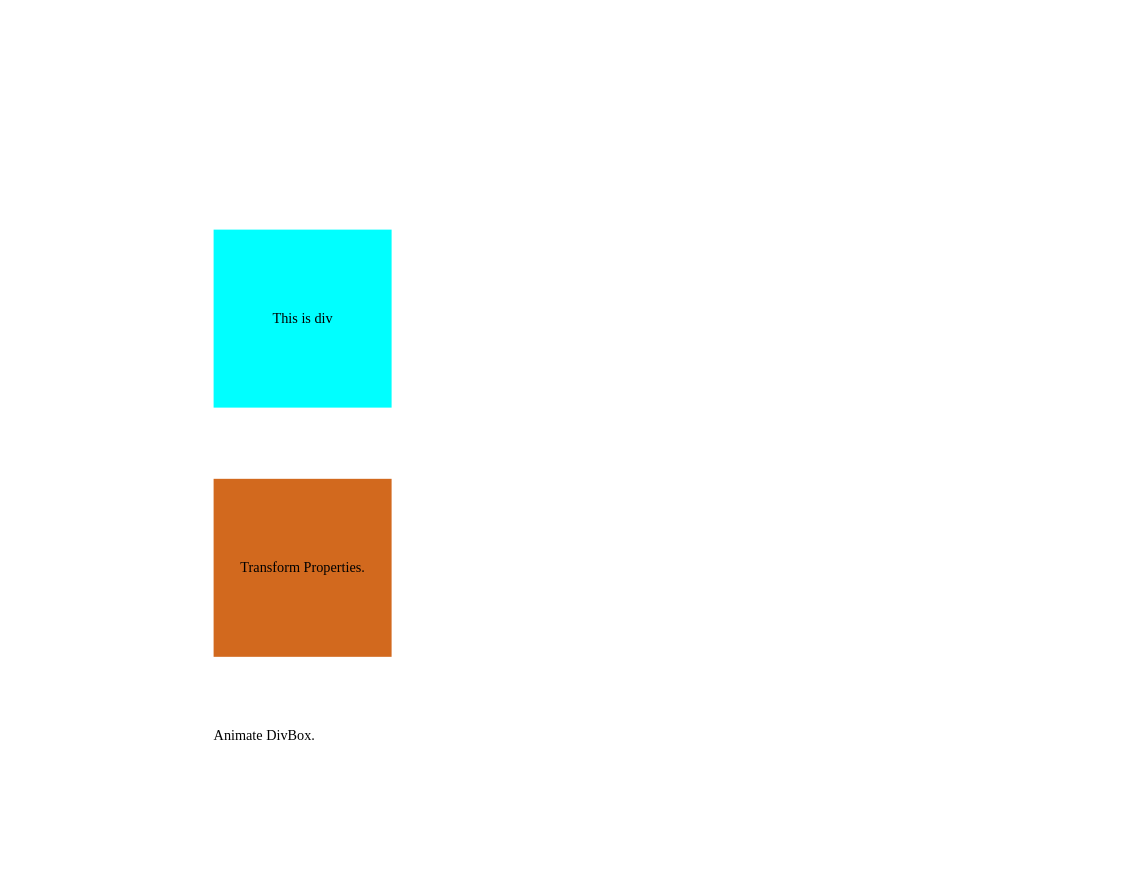
Repository: rakeshkolpepatil/CSS_Apana_College
Page: index.html
The author's editor kept a copy of each file at every save. The page is drawn from the files as they stood at one save, then again after the next save.
The browser window is 1280 px wide. The pictures show the whole page, at 89% of full size.

Above is the page before, as saved 2023-06-26 17:34:49.

### index.html
<!DOCTYPE html>
<html lang="en">
<head>
  <meta charset="UTF-8">
  <meta name="viewport" content="width=device-width, initial-scale=1.0">
  <title>Transitions</title>
  <link rel="stylesheet" href="transition.css" />
</head>
<br>
  <div id="div1">
    This is div
  </div>
  <div id="transfromDiv">
    Transform Properties.
  </div>
  <div id="animateDiv">
    Animate DivBox.
  </div>
</body>
</html>

### transition.css
*{
  margin: 5rem;
}

#div1{
  width: 200px;
  height: 200px;
  background-color:aqua;
  display: flex;
  text-align: center;
  align-items: center;
  justify-content: center;
  /* transition-property: all;
  transition-duration: 2s;
  transition-timing-function: ease-out;
  transition-delay: 1s; */
  transition: all 2s ease-in-out 1s;
  /* transition-timing-function: ease-in; */
  /* transition-timing-function: cubic; */
  /* transition-timing-function: steps(5); */
  /* line-height: normal; */
  /* vertical-align: middle; */
  /* padding: 50px 0; */
}
#div1:hover{
  background-color:blueviolet;
  color: white;
  width: 600px;
}

#transfromDiv{
  height: 200px;
  width: 200px;
  margin-top: 3rem;
  background-color:chocolate;
  display: flex;
  text-align: center;
  align-items: center;
  justify-content: center;
}

#transfromDiv:hover{
  /* transform: rotate(45deg); */
  transform: rotateX(180deg);
  transform: scale(2);
}
#animateDiv{

}

After the next save:
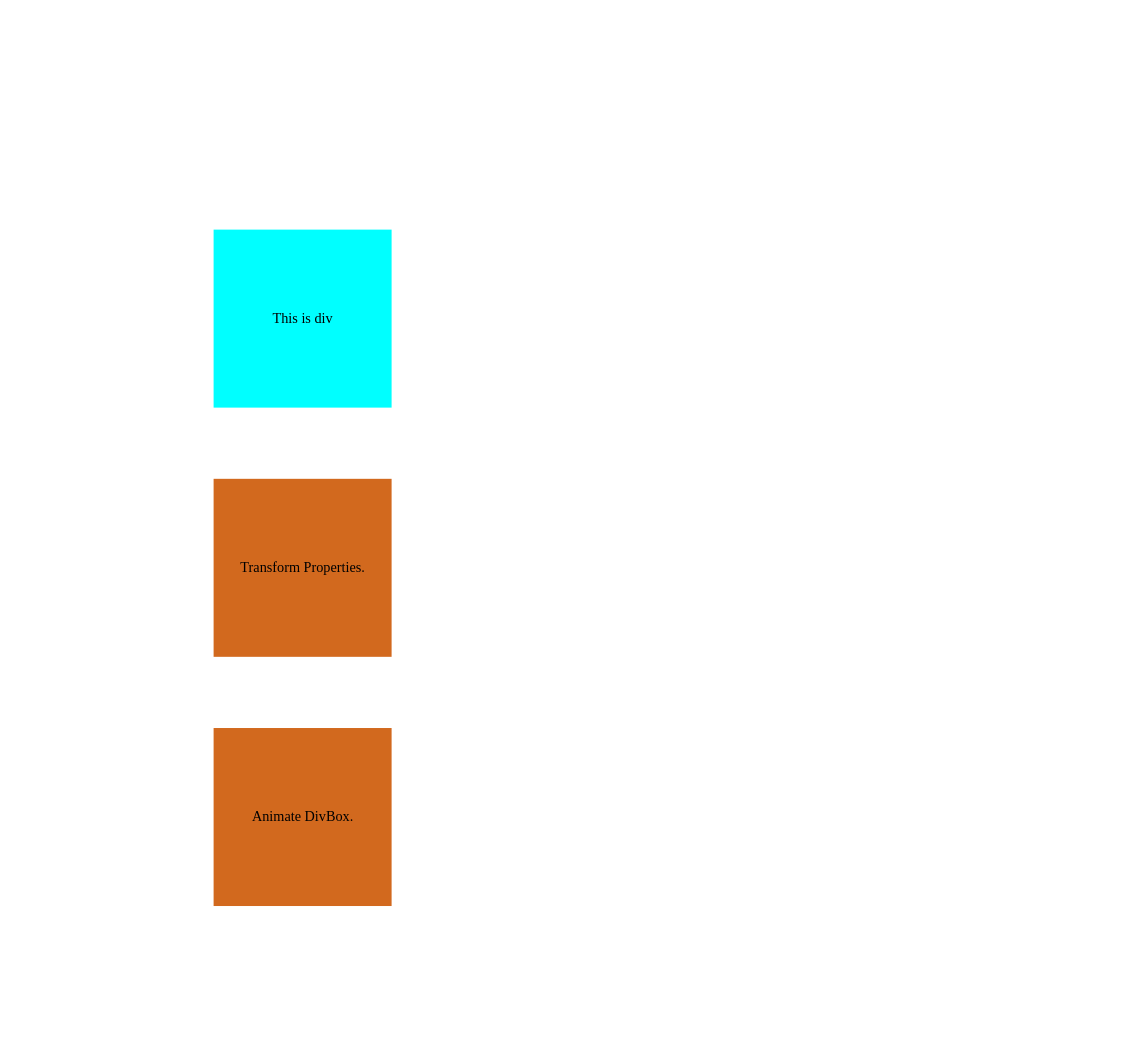
Saved 20 s later.
--- a/transition.css
+++ b/transition.css
@@ -29,8 +29,8 @@
 }
 
 #transfromDiv{
+  width: 200px;
   height: 200px;
-  width: 200px;
   margin-top: 3rem;
   background-color:chocolate;
   display: flex;
@@ -45,5 +45,12 @@
   transform: scale(2);
 }
 #animateDiv{
-
+  width: 200px;
+  height: 200px;
+  margin-top: 3rem;
+  background-color:chocolate;
+  display: flex;
+  text-align: center;
+  align-items: center;
+  justify-content: center;
 }
